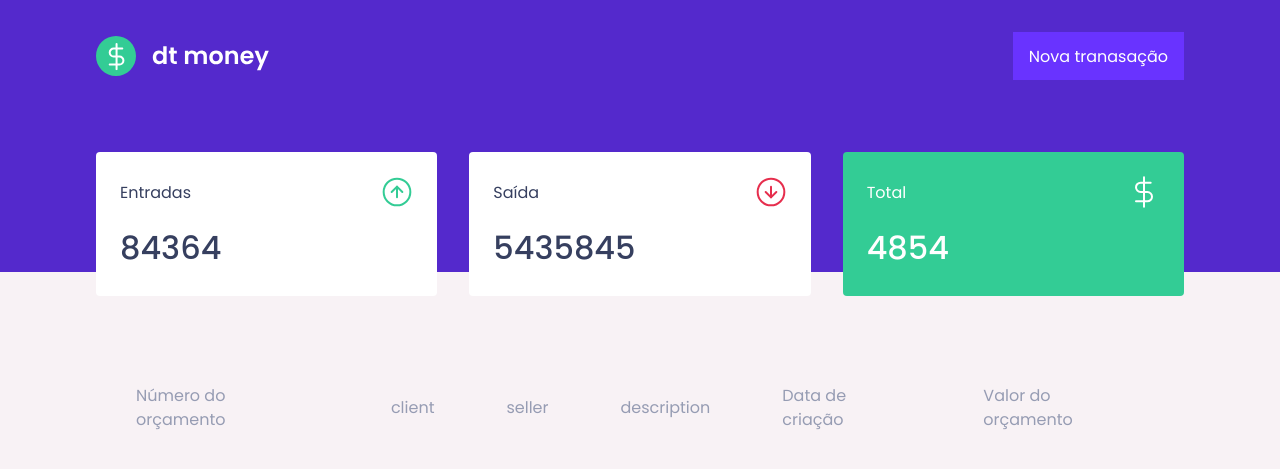
Repository: soualexandre/frentend-botOrcamentos
Page: /
These files come from the project's save history. The page is drawn as it stood at one moment and after the next save; the edit follows.
The browser window is 1280 px wide. The pictures show the whole page.
The page's requests for data from a server got no answer. The project was rebuilt for these pictures with package versions that can differ from the ones it lists, and the page was loaded fresh each time. No one was signed in, and anything a server would have sent is missing.

Above is the page before, as saved 2021-07-20 15:57:30.

### public/index.html
<!DOCTYPE html>
<html lang="en">
  <head>
    <link rel="preconnect" href="https://fonts.googleapis.com">
    <link rel="preconnect" href="https://fonts.gstatic.com" crossorigin>
    <meta charset="utf-8" />
    <meta name="viewport" content="width=device-width, initial-scale=1" />
    <link href="https://fonts.googleapis.com/css2?family=Poppins:wght@400;500;600&display=swap" rel="stylesheet">
    <link rel="stylesheet" href="favicon.png" type="image/png">
    <title>DtMoney</title>
  </head>
  <body>
    <noscript>You need to enable JavaScript to run this app.</noscript>
    <div id="root"></div>
  </body>
</html>

### src/App.tsx
import { Dashboard } from './components/Dashboard';
import { Header } from './components/Header';
import { GlobalStyle } from './styles/global'
import Modal from 'react-modal'
import { useState } from 'react';
import {NewTransactionModal} from './components/NewTransactionModal'
import { TransacticionsProvider } from './hooks/useTransactions';
Modal.setAppElement('#root');

export function App() {

  const [isNewTransactionModalOpen, setIsNewTransactionModalOpen] = useState(false);

  function hadleOpenNewTransactionModal() {
    setIsNewTransactionModalOpen(true)
  }
  function hadleCloseNewTransactionModal() {
    setIsNewTransactionModalOpen(false)
  }

  return (
    <TransacticionsProvider>
      <Header  onOpenNewTransactionModal={hadleOpenNewTransactionModal}/>
      <Dashboard />
      <NewTransactionModal
      isOpen={isNewTransactionModalOpen}
      onRequestClose={hadleCloseNewTransactionModal}/>
      <GlobalStyle />
    </TransacticionsProvider>
  );
}

### src/components/Dashboard/index.tsx
import { Sumary } from "../Sumary";
import { TransactionsTable } from "../TransactionsTable";
import { Container } from "./styles";


export function Dashboard(){
    return(
       <Container>
          <Sumary/>
          <TransactionsTable/>
       </Container>
    );
}

### src/components/Header/index.tsx
import LogoImg from '../../assets/logo.svg'
import { Container, Content } from './styles'

interface HeaderProps{

    onOpenNewTransactionModal: () => void;
}


export function Header({onOpenNewTransactionModal} :HeaderProps ) {
    return (
        <Container>
            <Content>
                <img src={LogoImg} alt="dtMoney" />
                <button type="button" onClick={onOpenNewTransactionModal}>
                    Nova tranasação
                </button>
            </Content>
        </Container>
    );
}

### src/styles/global.ts
import { createGlobalStyle } from 'styled-components'


export const GlobalStyle = createGlobalStyle`

    :root{
        --background: #f8f2f5;

        --red: #e52e40;
        --blue: #5429cc;
        --green: #33cc95;
        --blue-light: #6933ff;

        --text-title: #363f5f;
        --text-body: #969cb3;

        --shape: #ffffff;

    }

    *{
        margin: 0;
        padding: 0;
        box-sizing: border-box;
    }
    html{
        @media (max-width: 1080px){
            font-size: 93.5%;
        }

    }

    body{
        background: var(--background);
        -webkit-font-smoothing: antialiased;
    }

    body, input, textarea, button{
        font-family: 'Poppins', sans-serif;
        font-weight: 400;
    }

    h1, h2, h3, h4, h5, h6, strong{
        font-weight: 600;
    }

    button{
        cursor: pointer;
    }
    [disable]{
        opacity: 0.6;
        cursor: not-allowed;
    }



    .react-modal-overlay{
        background: rgba(0, 0, 0, 0.3);
        position: fixed;
        top: 0;
        bottom: 0;
        right: 0;
        left: 0;

        display: flex;
        justify-content: center;
        align-items: center;
    }
    .react-modal-content{
        width: 100%;
        max-width: 576px;
        background: var(--background);
        padding: 3rem;
        position: relative;
        border-radius: 0.25rem;
    }
    .react-modal-close{
        position: absolute;
        right: 1.5rem;
        top: 1.5rem;
        border: 0;
        background: transparent;
        transition: filter 0.2s;
        &:hover{
            filter: brightness(0.8);
        }
    }
`;

### src/components/NewTransactionModal/index.tsx
import Modal from 'react-modal'
import { FormEvent, useState } from 'react'
import { Container, TransactionsTypeContainer, RadioBox } from './styles'
import closeImg from '../../assets/close.svg'
import { useTransactions } from '../../hooks/useTransactions';

interface NewTransactionModalProps {
    isOpen: boolean;
    onRequestClose: () => void;
}



export function NewTransactionModal({ isOpen, onRequestClose }: NewTransactionModalProps) {
    const {createTransaction} = useTransactions();

    const [client, setClient] = useState('');
    const [seller, setSeller] = useState('');
    const [description, setDescription] = useState('');
    const [budget_amount, setValueBudget] = useState(0);

     async function handleCreateNewTransaction(event: FormEvent) {
        event.preventDefault();
        await createTransaction({
          client,
          seller,
          description,
          budget_amount,
      })
      setClient('');
      setSeller('');
      setDescription('');
      setValueBudget(0);
      onRequestClose();
    }
    return (
        <Modal
            isOpen={isOpen}
            onRequestClose={onRequestClose}
            overlayClassName="react-modal-overlay"
            className="react-modal-content"
        >
            <button
                type="button"
                onClick={onRequestClose}
                className="react-modal-close">
                <img src={closeImg} alt="fechar modal" />
            </button>

            <Container >
                <h2>Criar orçamento</h2>
                <input
                    placeholder="Cliente"
                    onChange={ (e) => setClient(e.target.value)}
                />

                <input
                    type="text"
                    placeholder="Vendedor"
                    onChange={ (e) => setSeller(e.target.value)}
                />
                <input
                    type="number"
                    placeholder="Valor da orçamento"
                    onChange={ (e) => setValueBudget(Number(e.target.value))}

                />
                <textarea
                placeholder="Descrição do orçamento"
                onChange={ (e) => setDescription(e.target.value)}
                />


                <button type="submit" onClick={handleCreateNewTransaction} >
                    Cadastrar
                </button>


            </Container>

        </Modal>
    );
}

### src/hooks/useTransactions.tsx
import {createContext, useEffect, useState, ReactNode, useContext} from 'react';
import { api } from "../services/api";
import { toast } from 'react-toastify';


interface Transaction {
    id: number;
    client: string;
    seller: string;
    description: string;
    created_at: string;
    budget_amount: number;
}
interface TransactionsContextData{
    transactions: Transaction[];
    createTransaction: (transaction:TransactionInput) => Promise<void>;
    deleteTransaction: (productId: number) => void;
}

type TransactionInput = Omit<Transaction, 'id' | 'created_at'>;

interface TrabsactionsProviderProps{
    children: ReactNode;
}
 const TransactionsContext = createContext<TransactionsContextData>(
    {} as TransactionsContextData
    );


export function TransacticionsProvider({children} : TrabsactionsProviderProps){
    const [transactions, setTransactions] = useState<Transaction[]>([]);


   async function createTransaction(transactionInput: TransactionInput){
      const response = await api.post('/budget/create', {
        ...transactionInput,
    })
    console.log(response.data)
    setTransactions([
        ...transactions,
        response.data
    ])

    }
    async function deleteTransaction(productId: number){
       const response =  await api.delete(`/budget/delete/${productId}`)
        setTransactions(response.data)

        toast.success('Orçamento removido com sucesso');

    }

    useEffect(() => {
        api.get('budget')
            .then(response => setTransactions(response.data))
    },[])

    return (
        <TransactionsContext.Provider value={{transactions, createTransaction, deleteTransaction}}>
            {children}
        </TransactionsContext.Provider>
    );
}

export function useTransactions(){
    const context = useContext(TransactionsContext);
    return context;
}

### src/components/Sumary/index.tsx
import { Container } from './styles'
import iconImg from '../../assets/income.svg'
import outcomeImg from '../../assets/outcome.svg'
import totalImg from '../../assets/total.svg'
import { useTransactions } from '../../hooks/useTransactions';

export function Sumary() {
    const { transactions } = useTransactions();



    return (
        <Container>
            <div>
                <header>
                    <p>Entradas</p>
                    <img src={iconImg} alt=" icon" />
                </header>
                <strong>
                 84364
                </strong>
            </div>
            <div>
                <header>
                    <p>Saída</p>
                    <img src={outcomeImg} alt="out icon" />
                </header>
                <strong >
                  5435845
                </strong>
            </div>
            <div className="highlightBackground">
                <header>
                    <p>Total</p>
                    <img src={totalImg} alt="Total icon" />
                </header>
                <strong>
                   4854
                </strong>
            </div>
        </Container >
    );
}

### src/components/transactionsTable/index.tsx
import { useTransactions } from "../../hooks/useTransactions";
import { Container } from './styles'
import DeleteImg from '../../assets/delete.svg'
import EditImg from '../../assets/edit.svg'
import { api } from "../../services/api";


export function TransactionsTable() {
    const { transactions, deleteTransaction } = useTransactions();

    async function handleCreateNewTransaction(id: number) {
        deleteTransaction(id);
    }

    return (
        <Container>
            <table>
                <thead>
                    <tr>
                        <th>Número do orçamento</th>
                        <th>client</th>
                        <th>seller</th>
                        <th>description</th>
                        <th>Data de criação</th>
                        <th>Valor do orçamento</th>
                    </tr>
                </thead>
                <tbody>
                    {transactions.map(transaction => (
                        <tr key={transaction.id}>
                            <td>{transaction.id}</td>
                            <td>{transaction.client}</td>
                            <td>
                                {transaction.seller}
                            </td>
                            <td>{transaction.description}</td>
                            <td>{
                                new Intl.DateTimeFormat('pt-BR').format(
                                    new Date(transaction.created_at)
                                )}
                            </td>
                            <td>
                                {new Intl.NumberFormat('pt-BR', {
                                    style: 'currency',
                                    currency: 'BRL',
                                }).format(transaction.budget_amount)}
                            </td>
                            <td>

                                <div className="optionsIncons">
                                    <img src={DeleteImg} alt="Deletar orçamento" onClick={() => handleCreateNewTransaction(transaction.id)}></img>
                                </div>
                            </td>
                        </tr>
                    ))}
                </tbody>
            </table>
        </Container>
    );
}

### src/components/Dashboard/styles.ts
import styled from 'styled-components'

export const Container = styled.header`
    max-width: 1120PX;
    margin:0 auto;
    padding: 2.5rem 1rem;



`;

### src/components/Header/styles.ts
import styled from 'styled-components'

export const Container = styled.header`
    background: var(--blue);

`;
export const Content = styled.header`
    background: var(--blue);
    max-width: 1120px;
    margin: 0 auto;
    padding: 2rem 1rem 12rem;

    display: flex;
    align-items: center;
    justify-content: space-between;
    button{
        font-size: 1rem;
        color: #fff;
        background: var(--blue-light);
        border: 0;
        padding:0.2rem;
        padding-left: 1rem;
        padding-right: 1rem;
        height: 3rem;

        transition: filter 0.2s;
        &:hover{
            filter: brightness(0.9);
        }

    }
`;

### src/components/NewTransactionModal/styles.ts
import styled from 'styled-components'
import { darken, transparentize } from 'polished';

export const Container = styled.form`
        h2{
            color: var(--text-title);
            font-size: 1.5rem;
            margin-bottom: 2rem;
        }

        input{
            width: 100%;
            padding: 0 1.5rem;
            height: 4rem;
            border-radius: 0.25rem;
            border: 1px solid #d7d7d7;
            background: #e7e9ee;
            font-weight: 400;
            font-size: 1rem;

            &::placeholder{
                color: vat(--text-body);

            }
            & + input {
                margin-top: 1rem;
            }
        }
        textarea{
            width: 100%;
            padding: 1rem 1.5rem;
            height: 8rem;
            border-radius: 0.25rem;
            border: 1px solid #d7d7d7;
            background: #e7e9ee;
            font-weight: 400;
            font-size: 1rem;
            margin-top: 1rem;
        }
        button[type="submit"]{
            width: 100%;
            padding: 0 1.3rem;
            height: 4rem;
            background: var(--green);
            color: #fff;
            border-radius: 0.25rem;
            border: 0;
            font-size: 1rem;
            margin-top: 1.5rem;
            font-weight: 600;
            transition: filter 0.2s;
            &:hover{
                filter: brightness(0.9)
            }
        }


`;

export const TransactionsTypeContainer = styled.div`

        margin: 1rem 0;
        display: grid;
        grid-template-columns: 1fr 1fr;
        gap: 0.5rem;


`;

interface RadioBoxProps{
    isActive: boolean;
    activeColor: 'green' | 'red';
}
const colors ={
    green: '#33cc95',
    red: '#e52e40',
}

export const RadioBox = styled.button<RadioBoxProps>`
    height: 4rem;
            border: 1px solid #d2d2d2;
            border-radius: 0.25rem;

            background: ${(props) => props.isActive
            ? transparentize(0.9, colors[props.activeColor])
            : 'transparent'
            };


            display: flex;
            align-items: center;
            justify-content:center;
            transition: border-color 0.2s;

            &:hover{
                border-color: ${darken(0.2, '#000')};
            }

            img{
                height: 20px;
                width: 20px;
            }
            span{
                display: inline-block;
                margin: 1rem;
                font-size: 1rem;
                color: var(--text-title);
            }
`;

### src/services/api.ts
import axios from 'axios';

export const api = axios.create({
    baseURL: 'http://localhost:8000/api',
})

### src/components/Sumary/styles.ts
import styled from 'styled-components'


export const Container = styled.div`
    display: grid;
    grid-template-columns: repeat(3,1fr);
    gap: 2rem;
    margin-top: -10rem;

div{
    background: var(--shape);
    padding: 1.5rem;
    border-radius: 0.25rem;
    color: var(--text-title);

    &.highlightBackground{
        background: #33cc95;
        color: #fff;
    }
    header{
        display: flex;
        align-items: center;
        justify-content: space-between;
    }

    strong{
        display: block;
        margin-top: 1rem;
        font-size: 2rem;
        line-height: 3rem;
        font-weight: 500;
    }

}
`;

### src/components/transactionsTable/styles.ts
import styled from 'styled-components';


export const Container = styled.div`
    margin-top: 4rem;

    table{
        width: 100%;
        border-spacing: 0.5rem;

        th{
            color: var(--text-body);
            font-weight: 400;
            padding: 1rem 2rem;
            text-align: left;
            line-height: 1.5rem;
        }

        td{
            padding: 1rem 2rem;
            border: 0;
            background: var(--shape);
            color: var(--text-body);
            border-radius: 0.25rem;
            &.first-child{
                color: var(--text-title);
            }

            &.deposit{
                color: var(--green)
            }
            &.withdraw{
                color: var(--red)
            }
        }
    }
`;

Loaded but not shown: src/index.tsx (common file)

After the next save:
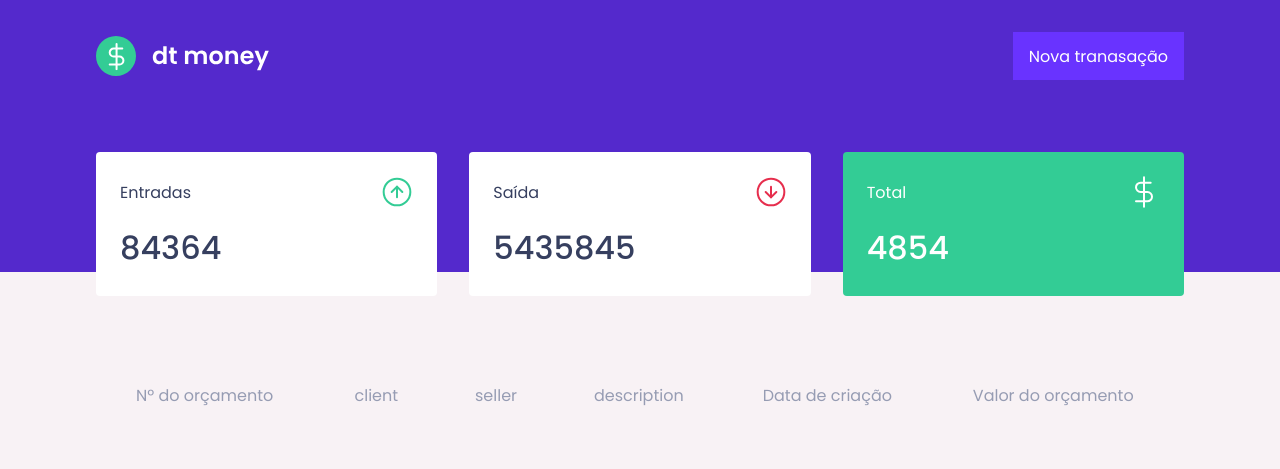
Saved 12 s later.
--- a/src/components/transactionsTable/index.tsx
+++ b/src/components/transactionsTable/index.tsx
@@ -17,7 +17,7 @@
             <table>
                 <thead>
                     <tr>
-                        <th>Número do orçamento</th>
+                        <th>Nº do orçamento</th>
                         <th>client</th>
                         <th>seller</th>
                         <th>description</th>
